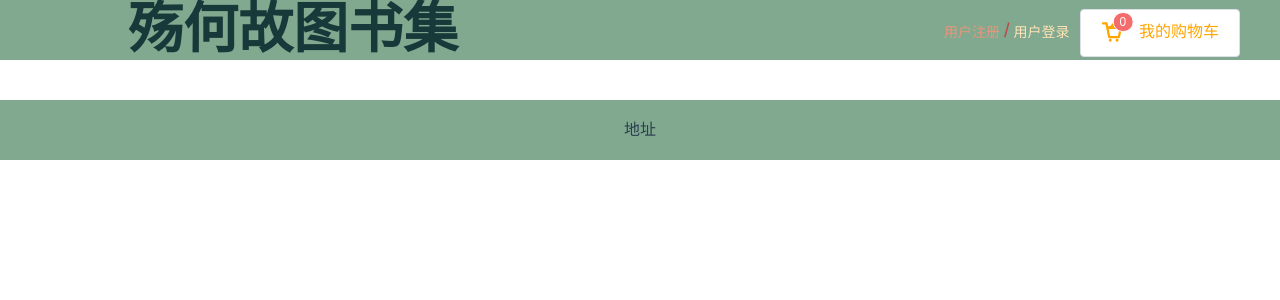
Repository: DH-Ethereal/myshopping
Page: / (app in shopping-web/)
An editor plug-in stored every save of this project. The page is shown before and after the next save, followed by the edit.
The browser window is 1280 px wide. The pictures show the whole page.
The page's requests for data from a server got no answer. The project was rebuilt for these pictures with package versions that can differ from the ones it lists, and the page was loaded fresh each time. Some packages were replaced by stand-ins written for this rebuild. No one was signed in, and anything a server would have sent is missing. Also part of the build but not shown: shopping-web/vue.config.js, shopping-web/src/views/goodsDesc.vue, shopping-web/src/views/showCar.vue, shopping-web/src/views/login.vue.

Above is the page before, as saved 2021-08-30 16:02:04.

After the next save:
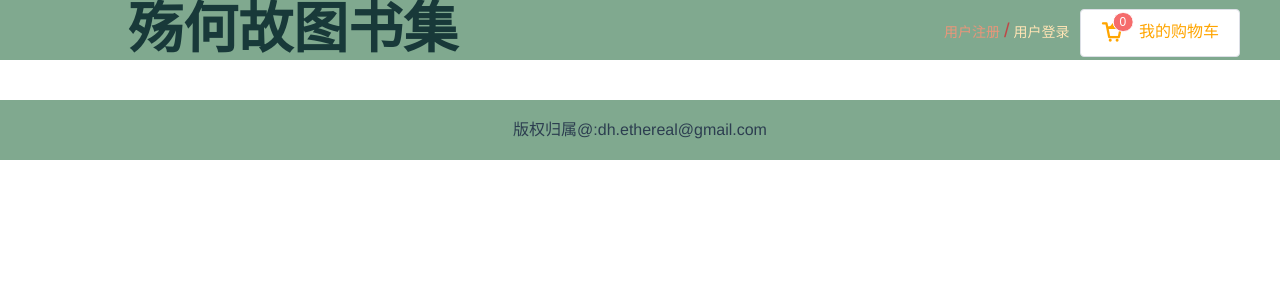
Saved 9 s later.
--- a/shopping-web/src/views/index.vue
+++ b/shopping-web/src/views/index.vue
@@ -66,7 +66,7 @@
           </el-row>
         </div>
       </el-main>
-      <el-footer>地址</el-footer>
+      <el-footer>版权归属@:dh.ethereal@gmail.com</el-footer>
     </el-container>
   </div>
 </template>
